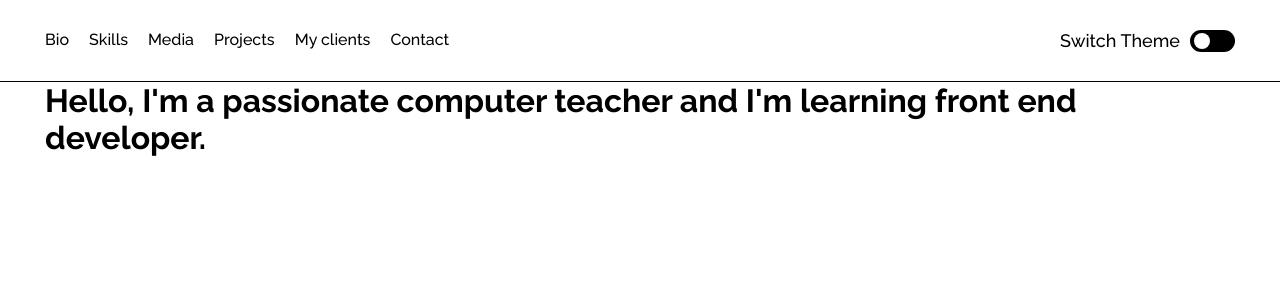
Repository: moataz305G/Personal-website
Page: index.html
These files come from the project's save history. The page is drawn as it stood at one moment and after the next save; the edit follows.
The browser window is 1280 px wide. The pictures show the whole page.

Above is the page before, as saved 2025-12-12 20:06:36.

### index.html
<!DOCTYPE html>
<html lang="en">
  <head>
    <meta charset="UTF-8" />

    <meta name="viewport" content="width=device-width, initial-scale=1.0" />
    <link rel="preconnect" href="https://fonts.googleapis.com" />
    <link rel="preconnect" href="https://fonts.gstatic.com" crossorigin />
    <link
      href="https://fonts.googleapis.com/css2?family=Raleway:ital,wght@0,100..900;1,100..900&display=swap"
      rel="stylesheet"
    />

    <link rel="stylesheet" href="Style.css" />
    <title class="title">Moataz khimes</title>
  </head>
  <body>
    <div class="container">
      <header class="header">
        <nav class="navigation">
          <ul class="navigation__list">
            <li><a href="#" class="navigation__link">Bio</a></li>
            <li><a href="#" class="navigation__link">Skills</a></li>
            <li><a href="#" class="navigation__link">Media</a></li>
            <li><a href="#" class="navigation__link">Projects</a></li>
            <li><a href="#" class="navigation__link">My clients</a></li>
            <li><a href="#" class="navigation__link">Contact</a></li>
          </ul>
        </nav>

        <div class="toggle">
          <h3 class="toggle__title">Switch Theme</h3>
          <input
            type="checkbox"
            name="toggle checkbox"
            id="toggle"
            class="toggle__checkbox"
          />
          <label for="toggle" class="toggle__label"></label>
        </div>
      </header>

      <sction id="bio" class="bio">
        <h1 class="bio__heading">
          Hello, I'm a passionate computer teacher and I'm learning front end
          developer.
        </h1>
      </sction>
    </div>
  </body>
</html>

### Style.css
:root {
  --container-width: 119rem;
  --guter: 6rem;

  --color-black: #000;
  --color-white: #fff;
  --color-blue: #2374e1;
  --color-lite-blue: #1d9bf0;
  --color-dark-blue: #0a66c2;
  --color-darker-blue: #143ce8;
  --color-red: #ff0000;
  --color-green: #03a696;
  --color-gray: #f6f6f6;
  --color-dark-green: #42959b;

  --color-background: var(--color-white);
  --color-text: var(--color-black);
  --color-box-img: var(--color-black);
  --color-link-bg: var(--color-black);
  --color-input-border: var(--color-black);

  --font-family-raleway: "Raleway", sans-serif;
  --font-family-poppins: "Poppins", sans-serif;

  --font-weight-regular: 400;
  --font-weight-medium: 500;
  --font-weight-semi-bold: 600;
  --font-weight-bold: 700;

  --font-size-70: 7rem;
  --font-size-65: 6.5rem;
  --font-size-40: 4rem;
  --font-size-38: 3.8rem;
  --font-size-24: 2.4rem;
  --font-size-22: 2.2rem;
  --font-size-20: 2rem;
  --font-size-18: 1.8rem;
  --font-size-15: 1.5rem;

  --transition-timing: 0.3s;
}
/* CSS Reset */
* {
  margin: 0;
  padding: 0;
}

*,
*::after,
*::before {
  box-sizing: border-box;
}

a {
  color: inherit;
  display: inline-block;
}

button {
  background-color: transparent;
  border: none;
  cursor: pointer;
}

ul,
ol {
  list-style: none;
}
/* END CSS Reset */
html {
  font-size: 62.5%;
  scroll-behavior: smooth;
  scroll-padding-top: 11rem;
}

body {
  font-size: 1.6rem;
  font-family: var(--font-family-raleway);
  background-color: var(--color-background);
  color: var(--color-text);
}

.container {
  max-width: var(--container-width);
  margin: 0 auto;
}
header {
  position: relative;
  padding: 3rem 0;
  display: flex;
  justify-content: center;
  z-index: 0;
}
.header::before {
  content: "";
  position: absolute;
  height: 100%;
  width: 100vw;
  border-bottom: 0.1rem solid var(--color-black);
  top: 0;
  z-index: -1;
}

.navigation__list {
  display: flex;
  gap: 2rem;
}
.navigation__link:link,
.navigation__link:visited {
  text-decoration: none;
  font-weight: var(--font-weight-medium);
}
.navigation__link:hover,
.navigation__link:active {
  text-decoration: underline;
  color: var(--color-text);
}

/* Toggle */
.toggle {
  display: flex;
  gap: 1rem;
  margin-left: auto;
}
.toggle__title {
  font-weight: var(--font-weight-medium);
  font-size: var(--font-size-18);
}

.toggle__checkbox {
  display: none;
}

.toggle__label {
  display: block;
  position: relative;
  background-color: var(--color-black);
  border-radius: 1.5rem;
  width: 4.5rem;
  height: 2.2rem;
  cursor: pointer;
  padding: 0.3rem 0.4rem;
  transition: 0.3s;
}

.toggle__label::after {
  content: "";
  display: block;
  width: 1.6rem;
  height: 1.6rem;
  border-radius: 50%;
  background-color: var(--color-white);
  transition: 0.3s;
}

.toggle__checkbox:checked + .toggle__label {
  background-color: var(--color-white);
}
.toggle__checkbox:checked + .toggle__label::after {
  transform: translateX(2.1rem);
  background-color: var(--color-green);
}

/* End Toggle */

After the next save:
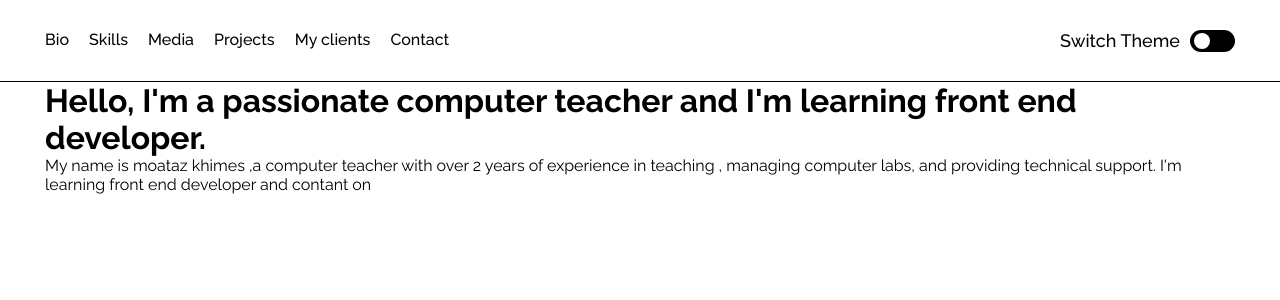
Saved 7 min 36 s later.
--- a/index.html
+++ b/index.html
@@ -45,6 +45,12 @@
           Hello, I'm a passionate computer teacher and I'm learning front end
           developer.
         </h1>
+        <p class="bio__objeactive">
+          My name is <span class="bio__name">moataz khimes</span>
+          ,a computer teacher with over 2 years of experience in teaching ,
+          managing computer labs, and providing technical support. I'm learning
+          front end developer and contant on
+        </p>
       </sction>
     </div>
   </body>
